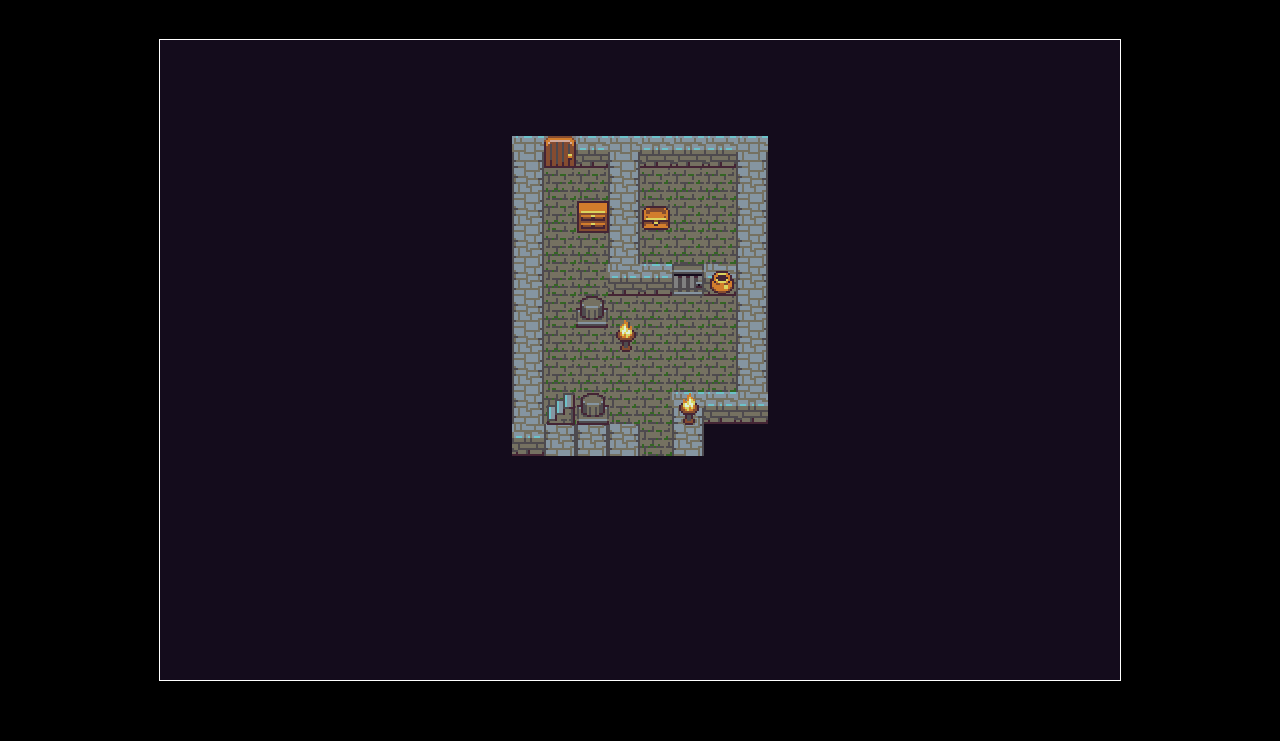
Repository: Arifindepayjr1/RPG_GAMES
Page: / (app in pixel2d_game/)
These files come from the project's save history. The page is drawn as it stood at one moment and after a run of saves; the edit follows.
The browser window is 1280 px wide. The pictures show the whole page.
The project was rebuilt for these pictures with package versions that can differ from the ones it lists, and the page was loaded fresh each time. Also part of the build but not shown: pixel2d_game/vite.config.js.

Above is the page before, as saved 2025-03-19 00:34:10.

After the next 2 saves:
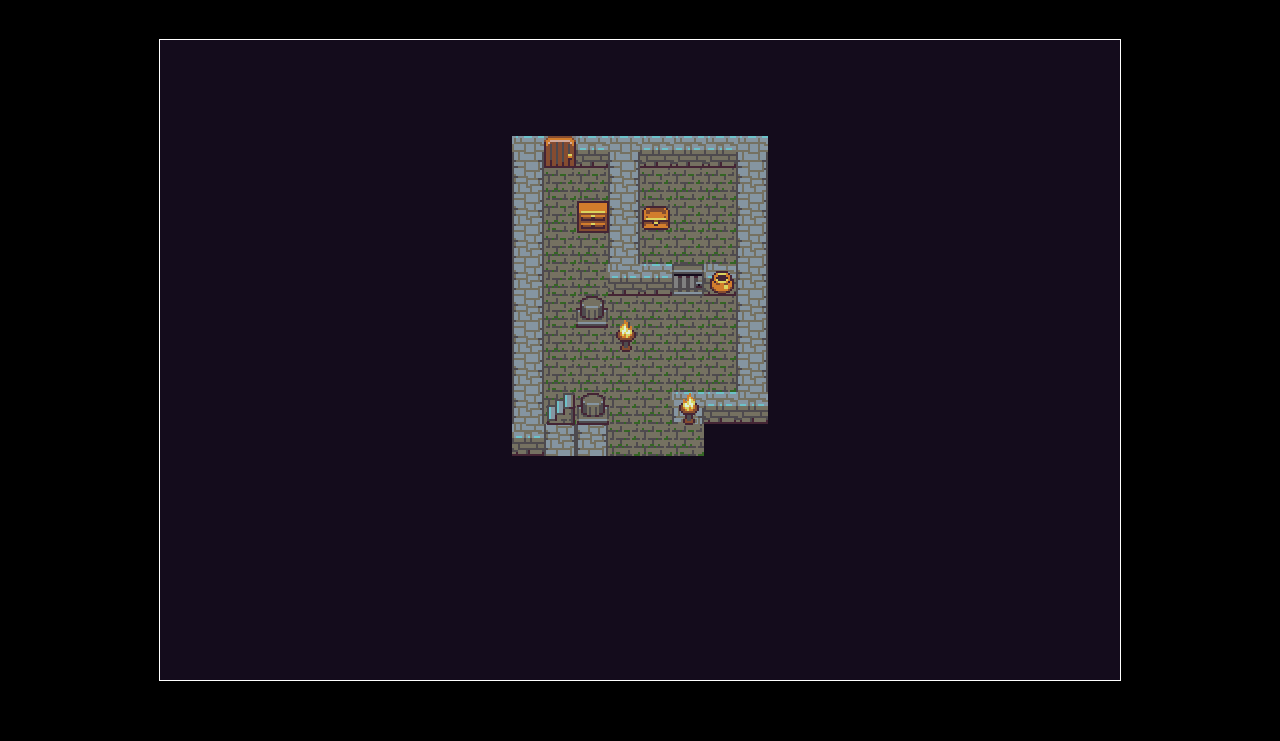
The 2 saves are shown as one change because they came seconds apart.
The last was saved 25 s later.
--- a/pixel2d_game/src/component/tilemap3.jsx
+++ b/pixel2d_game/src/component/tilemap3.jsx
@@ -18,7 +18,7 @@ const Tilemap3 = () => {
     23, 23, 23, 23, 23, 23, 23, 23, 23, 23, 23, 2, 15, 15, 15, 15, 15, 15, 2, 23, 23, 23, 23, 23, 23, 23, 23, 23, 23, 23,
     23, 23, 23, 23, 23, 23, 23, 23, 23, 23, 23, 2, 15, 15, 15, 15, 15, 15, 2, 23, 23, 23, 23, 23, 23, 23, 23, 23, 23, 23,
     23, 23, 23, 23, 23, 23, 23, 23, 23, 23, 23, 2, 15, 15, 15, 15, 4, 1, 3, 23, 23, 23, 23, 23, 23, 23, 23, 23, 23, 23,
-    23, 23, 23, 23, 23, 23, 23, 23, 23, 23, 23, 3, 2, 2, 2, 15, 2, 23, 23, 23, 23, 23, 23, 23, 23, 23, 23, 23, 23, 23,
+    23, 23, 23, 23, 23, 23, 23, 23, 23, 23, 23, 3, 2, 2, 15, 15, 15, 23, 23, 23, 23, 23, 23, 23, 23, 23, 23, 23, 23, 23,
     23, 23, 23, 23, 23, 23, 23, 23, 23, 23, 23, 23, 23, 23, 23, 23, 23, 23, 23, 23, 23, 23, 23, 23, 23, 23, 23, 23, 23, 23,
     23, 23, 23, 23, 23, 23, 23, 23, 23, 23, 23, 23, 23, 23, 23, 23, 23, 23, 23, 23, 23, 23, 23, 23, 23, 23, 23, 23, 23, 23,
     23, 23, 23, 23, 23, 23, 23, 23, 23, 23, 23, 23, 23, 23, 23, 23, 23, 23, 23, 23, 23, 23, 23, 23, 23, 23, 23, 23, 23, 23,
